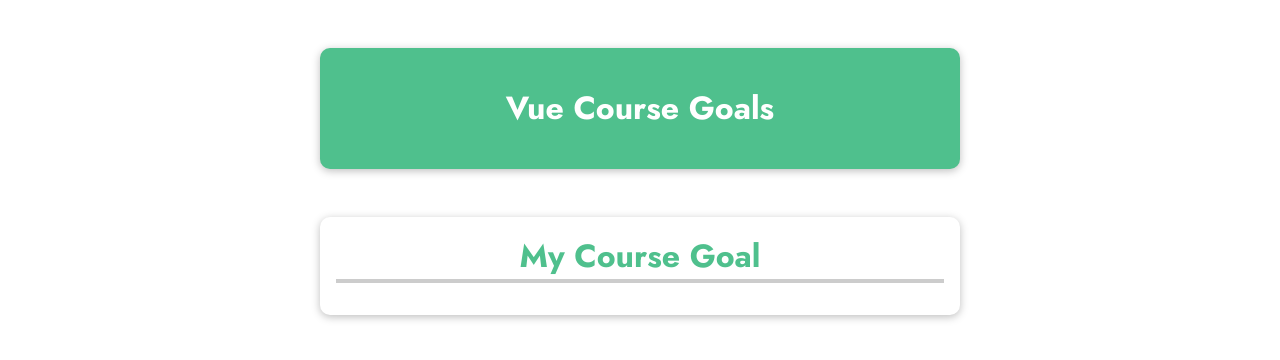
Repository: zmarkoni/Vue-The-Complete-Guide
Page: basics-01-starting-code/index.html
An editor plug-in stored every save of this project. The page is shown before and after a run of saves, followed by the edit.
The browser window is 1280 px wide. The pictures show the whole page.

Above is the page before, as saved 2020-12-29 10:27:13.
Console error (its wording comes from the project's code and is left out).

After the next 2 saves:
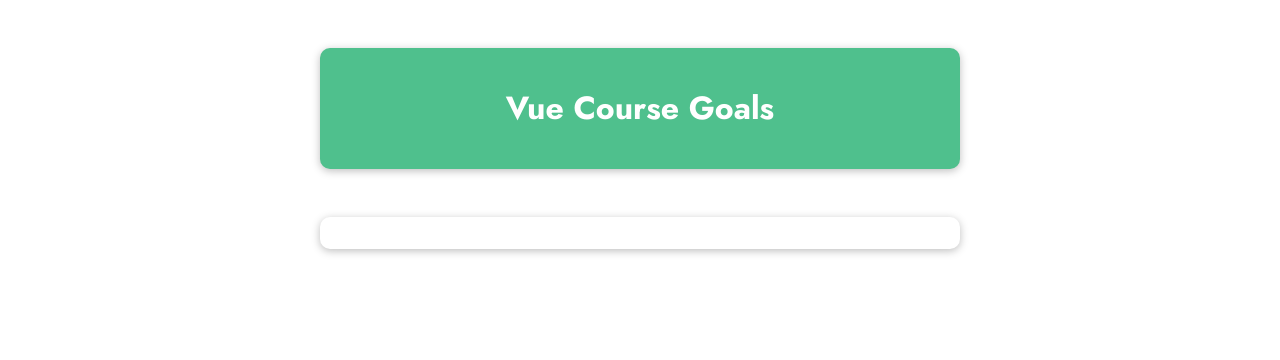
Console error: SyntaxError: Unexpected token '}'
The 2 saves are shown as one change because they came seconds apart.
The last was saved 5 s later.
--- a/basics-01-starting-code/index.html
+++ b/basics-01-starting-code/index.html
@@ -18,7 +18,7 @@
     </header>
     <section id="user-goal">
       <h2>My Course Goal</h2>
-      <poutputGoal()></p>
+      <p v-html:outputGoal()></p>
       <p>{{ outputGoal() }}</p>
       <p>Learn more <a v-bind:href="vueLink" target="_blank">about vue</a>.</p>
     </section>
